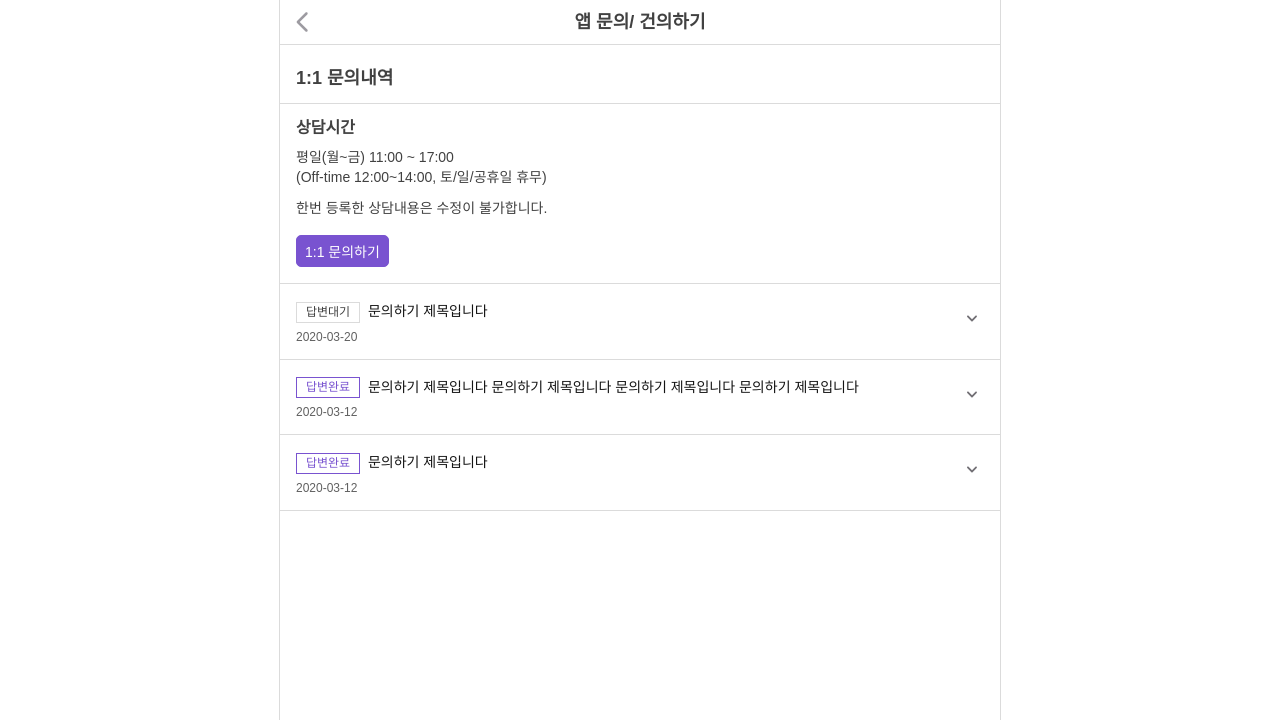
Repository: gosun1018/denguru
Page: my_complain_nodata.html
An editor plug-in stored every save of this project. The page is shown before and after the next save, followed by the edit.
The browser window is 1280 px wide. The pictures show the whole page.
Some web fonts or font styles are not loaded; a fallback is used. The style sheet was rebuilt from its Sass, Less or Tailwind sources for each picture, by a compiler version that may differ from the author's.

Above is the page before, as saved 2020-03-23 15:29:27.

### my_complain_nodata.html
<!DOCTYPE html>
<html lang="ko">
<head>
    <meta charset="UTF-8">
    <meta name="viewport" content="width=device-width, initial-scale=1.0">
    <title>DENGURU:: 앱 문의/ 건의하기</title>
    <link rel="stylesheet" href="css/main.css">
</head>
<body>
    <div class="wrap">
        <header class="header03 header03_white">
            <h1 class="h_title">앱 문의/ 건의하기</h1>
            <div class="btn_box">
                <a href="javascript:history.back();" class="btn_goback btn_left">
                    <img src="images/icon-goback.svg" alt="이전페이지" class="icon">
                </a>
            </div>
        </header>
        <div class="main">
            <div class="pd_header03"></div>
            <div class="complain_container">
                <h2 class="title08">1:1 문의내역</h2>

                <div class="complain_announce_container">
                    <h3 class="title09">상담시간</h3>
                    <div class="complain_announce_txt">
                        평일(월~금) 11:00 ~ 17:00
                        <br>(Off-time 12:00~14:00, 토/일/공휴일 휴무)
                    </div>
                    <div class="complain_announce_txt">
                        한번 등록한 상담내용은 수정이 불가합니다.
                    </div>
                    <div class="btn_box">
                        <a href="" class="btn btn_mid btn_main">1:1 문의하기</a>
                    </div>
                </div>

                <div class="complain_list_container">
                    <ul class="complain_list">
                        <li class="complain_box">
                            <div class="complain_title_box">
                                <div class="complain_title_txt_box">
                                    <div class="complain_title">
                                        <span class="tag tag_wait">답변대기</span>
                                        문의하기 제목입니다
                                    </div>
                                    <div class="complain_date">
                                        2020-03-20
                                    </div>
                                </div>
                                <button class="js-btn-accordion btn_accordion btn_linkstyle">
                                    <img src="images/icon-angle-down-gray.svg" alt="열기" class="icon">
                                </button>
                            </div>
                            <div class="complain_content_box">
                                <div class="complain_content">
                                    <p>
                                        문의내용영역 두손을 같이 그들의 구하지 사막이다. 그들의 청춘을 미인을 주는 풀이 힘차게 칼이다. 하는 있으며, 평화스러운 산야에 보배를 있을 때문이다. 피가 곳으로 귀는 풀이 철환하였는가?
                                    </p>
                                    <p><br></p>
                                    <p>
                                        힘차게 싶이 것이 든 때까지 없으면 방지하는 이것이다. 속에서 없으면, 수 이것은 있는 주는 위하여 이것이다.
                                    </p>
                                </div>
                            </div>
                        </li>
                        <li class="complain_box">
                            <div class="complain_title_box">
                                <div class="complain_title_txt_box">
                                    <div class="complain_title">
                                        <span class="tag tag_hasreply">답변완료</span>
                                        문의하기 제목입니다 문의하기 제목입니다 문의하기 제목입니다 문의하기 제목입니다
                                    </div>
                                    <div class="complain_date">2020-03-12</div>
                                </div>
                                <button class="js-btn-accordion btn_accordion btn_linkstyle">
                                    <img src="images/icon-angle-down-gray.svg" alt="" class="icon">
                                </button>
                            </div>
                            <div class="complain_content_box">
                                <div class="complain_content">
                                    <p>
                                        문의내용영역 두손을 같이 그들의 구하지 사막이다. 그들의 청춘을 미인을 주는 풀이 힘차게 칼이다.
                                    </p>
                                    <p>
                                        하는 있으며, 평화스러운 산야에 보배를 있을 때문이다. 피가 곳으로 귀는 풀이 철환하였는가?
                                    </p>

                                </div>
                                <div class="complain_reply_box">
                                    <img src="images/icon-reply.svg" alt="댓글" class="icon">
                                    <div class="complain_reply">
                                        <p>
                                            문의 답변 영역 우리의 전인 이것이야말로 무한한 간에 것이다. 것은 위하여 주는 기관과 얼마나 날카로우나 간에 사막이다.
                                        </p>
                                    </div>
                                </div>
                            </div>
                        </li>
                        <li class="complain_box">
                            <div class="complain_title_box">
                                <div class="complain_title_txt_box">
                                    <div class="complain_title">
                                        <span class="tag tag_hasreply">답변완료</span>
                                        문의하기 제목입니다
                                    </div>
                                    <div class="complain_date">2020-03-12</div>
                                </div>
                                <button class="js-btn-accordion btn_accordion btn_linkstyle">
                                    <img src="images/icon-angle-down-gray.svg" alt="" class="icon">
                                </button>
                            </div>
                            <div class="complain_content_box">
                                <div class="complain_content">
                                    <p>
                                        문의내용영역 두손을 같이 그들의 구하지 사막이다. 그들의 청춘을 미인을 주는 풀이 힘차게 칼이다.
                                    </p>
                                    <p>
                                        하는 있으며, 평화스러운 산야에 보배를 있을 때문이다. 피가 곳으로 귀는 풀이 철환하였는가?
                                    </p>

                                </div>
                                <div class="complain_reply_box">
                                    <img src="images/icon-reply.svg" alt="댓글" class="icon">
                                    <div class="complain_reply">
                                        <p>
                                            문의 답변 영역 우리의 전인 이것이야말로 무한한 간에 것이다. 것은 위하여 주는 기관과 얼마나 날카로우나 간에 사막이다.
                                        </p>
                                    </div>
                                </div>
                            </div>
                        </li>
                    </ul>
                </div>
            </div>
        </div>
    </div>
    <!-- script:src -->
    <script type="text/javascript" src="https://ajax.googleapis.com/ajax/libs/jquery/1.12.2/jquery.min.js"></script>
    <script>
        $(function(){
            $('.js-btn-accordion').on('click',function(){
                $(this).parent('.complain_title_box').siblings('.complain_content_box').slideToggle();
                $(this).toggleClass('up');
                $(this).blur();
            });

        });
    </script>
</body>
</html>

### css/scss/main.scss
@charset "utf-8";

//utils
@import "utils/variables";
@import "utils/mixins";
@import "utils/animations";

// base
@import "base/reset";
@import "base/layout";
@import "base/typography";

//modules
@import "modules/swipercustom";
@import "modules/form";
@import "modules/button";
@import "modules/popup";
@import "modules/popover";
@import "modules/toast";
@import "modules/pagination";

//component
@import "component/header";
@import "component/navigation";
@import "component/itemlist";
@import "component/reviewlist";
@import "component/taglist";
@import "component/postlist";
@import "component/postcontent";

//pages
@import "pages/mainpg";
@import "pages/search";
@import "pages/resister-pet";
@import "pages/review";
@import "pages/home-item-info";
@import "pages/gostore";
@import "pages/password-mail-complete";
@import "pages/storelist";
@import "pages/my-main";
@import "pages/my-notification";
@import "pages/members";
@import "pages/withdrawal";
@import "pages/order-history";
@import "pages/mycomplain";

### css/scss/utils/_animations.scss
@keyframes width-0-to-100 {
    from {
        width: 0;
    }

    to {
        width: 100%;
    }
}

### css/scss/base/_reset.scss
/* http://meyerweb.com/eric/tools/css/reset/
   v2.0 | 20110126
   License: none (public domain)
*/

html, body, div, span, applet, object, iframe, h1, h2, h3, h4, h5, h6, p, blockquote, pre, a, abbr, acronym, address, big, cite, code, del, dfn, em, img, ins, kbd, q, s, samp, small, strike, strong, sub, sup, tt, var, b, u, i, center, dl, dt, dd, ol, ul, li, fieldset, form, label, legend, table, caption, tbody, tfoot, thead, tr, th, td, article, aside, canvas, details, embed, figure, figcaption, footer, header, hgroup, menu, nav, output, ruby, section, summary, time, mark, audio, video {
    margin: 0;
    padding: 0;
    border: 0;
    font-size: 100%;
    font: inherit;
    vertical-align: baseline; }

  /* HTML5 display-role reset for older browsers */

  article, aside, details, figcaption, figure, footer, header, hgroup, menu, nav, section {
    display: block; }

  body {
    line-height: 1; }

  ol, ul {
    list-style: none; }

  blockquote, q {
    quotes: none; }

  blockquote {
    &:before, &:after {
      content: '';
      content: none; } }

  q {
    &:before, &:after {
      content: '';
      content: none; } }

  table {
    border-collapse: collapse;
    border-spacing: 0; }

  a {
    color: inherit;
    text-decoration: none;
  }
  :focus {
    outline-color: $main-color;
  }

### css/scss/modules/_swipercustom.scss
.swiper-pagination {

    .swiper-pagination-bullet {
        width: 10px;
        height: 10px;
    }
}
.swiper-container-horizontal>.swiper-pagination-bullets .swiper-pagination-bullet {
    margin: 0 $layout-small-padding;
}

.pagination_main {

    .swiper-pagination-bullet-active {
        background-color: $main-color;
    }
}
.swiper-pagination {font-size: 0;}

.items_wrap.swiper-container {
    padding: 0 $layout-base-padding 10px;
}

### css/scss/modules/_popover.scss
.popover_container {
    position: relative;
}
.popover {
    display: none;
    position: absolute;
    padding: 8px;
    border-radius: $base-border-radius;
    word-break: keep-all;
    font-size: $base-font-size;
    line-height: $base-line-height;
    box-shadow: 0 1px 4px rgba(0,0,0,0.15);

    &:before {
        content: '';
        position: absolute;
        display: block;
        width: 0;
        height: 0;
        border: 5px solid transparent;
    }
    &.show {
        display: block;
    }
}
.popover_main {
    background-color: $main-color;
    color: $gray-0;

    &.popover_right_top:before {
        border-bottom-color: $main-color;
    }
}
.popover_right_top{
    top: calc(100% + 5px);
    right: -3px;

    &:before {
        top: -10px;
        right: 5px;
    }
}

### css/scss/modules/_toast.scss
.toast_box {
    position: fixed;
    bottom: $gnb-bottom-height;
    left: $layout-base-padding;
    right: $layout-base-padding;
    display: flex;
    justify-content: center;
    align-items: center;
    padding: $layout-small-padding;
    min-height: 48px;
    box-sizing: border-box;
    background-color: rgba(0,0,0,0.85);
    color: #fff;
    font-size: $base-font-size;
    line-height: $base-line-height;
    text-align: center;
    word-break: keep-all;
    border-radius: $large-border-radius;
    overflow: hidden;
    visibility: hidden;
    opacity: 0;
    transition: opacity .5s, visibility .5s, transform .5s;
    z-index: 900;

    &.show {
        opacity: 1;
        visibility: visible;
        transform: translate(0, $layout-small-padding*-1);
    }
}

### css/scss/modules/_pagination.scss
.pagination01 {
    display: flex;
    justify-content: center;

    .page {
        height: 24px;
        min-width: 24px;
        padding: 0 3px;
        box-sizing: border-box;
        border-radius: 12px;
        margin: 0 4px;
        text-align: center;
        font-size: $base-font-size;
        line-height: 24px;
        color: $light-font-color;

        &.active {
            background-color: $main-color;
            color: $gray-0;
            font-weight: 900;
        }
        &.disabled {
            opacity: .5;
        }
    }
    .page_link {
        display: block;
        width: 100%;
        height: 100%;
    }
}

### css/scss/component/_taglist.scss
.tag_list01 {

    .tag_item {
        width: fit-content;
        float: left;

        .btn {
            margin: 0 4px;
        }
        &:first-child .btn {
            margin-left: $layout-base-padding;
        }
        &:last-child .btn {
            margin-right: $layout-base-padding;
        }

        &.active .btn {
            font-weight: bold;
            background-color: $secondary-color;
            border-color: $secondary-color;
        }
    }
}

### css/scss/component/_postlist.scss
.post_list_wrap {
    flex: 1;
    padding: $layout-small-padding 0 $layout-base-padding;
    background-color: $gray-0;

    .pagination01 {
        margin-top: $layout-base-padding * 2;
    }
}

.post_list01 {
    padding: 0 $layout-base-padding;

    .post_item {
        padding: $layout-base-padding 0;
        border-bottom: $light-border;
    }
    .post_date {
        margin-bottom: $layout-small-padding;
        font-size: $small-font-size;
        color: $light-font-color;
    }
    .post_title {
        font-size: $base-font-size;
        color: $bold-font-color;
        @include multi-line-ellipsis($base-line-height,2);
        height: auto;
        max-height: $base-line-height * 2em;

        .icon_new {
            height: 1em;
            vertical-align: middle;
        }
    }
}

### css/scss/component/_postcontent.scss
.post_content_wrap {
    flex: 1;
    display: flex;
    flex-direction: column;
}
.post_content_title_container {
    padding: $layout-base-padding;
    border-bottom: $light-border;

    .post_content_title {
        font-size: $large-font-size;
        line-height: $base-line-height;
        font-weight: bold;
        color: $base-font-color;
    }
    .post_content_date {
        margin-top: $layout-small-padding;
        font-size: $small-font-size;
        color: $light-font-color;
    }
}
.post_content_article {
    min-height: 200px;
    padding: $layout-large-padding $layout-base-padding;
    background-color: $gray-0;
    font-size: $mid-font-size;
    line-height: $mid-line-height;
    color: $base-font-color;
}
.post_content_link_container {
    flex: 1;
    padding: 0 $layout-base-padding;
    margin-top: $layout-base-padding;
    background-color: $gray-0;

    .post_content_link_box {
        margin-top: $layout-small-padding;
    }
    .post_content_link {
        display: flex;
        align-items: center;
    }
    .icon_box {
        width: 24px;
        height: 24px;

        .img {
            width: 100%;
            height: 100%;
        }
    }
    .post_page {
        margin: 0 $layout-small-padding;
        font-size: $mid-font-size;
        color: $base-font-color;
    }
    .post_title {
        font-size: $base-font-size;
        color: $bold-font-color;
        @include one-line-ellipsis;
    }

}

### css/scss/pages/_password-mail-complete.scss
.mail_complete_container {
    height: 100vh;
    display: flex;
    flex-direction: column;
    justify-content: center;
    align-items: center;
    background-color: $gray-0;

    .img_motion_box {
        width: 140px;
        margin: 0 auto;

        .img {
            width: 100%;
        }
    }
    .mail_complete_txt01 {
        margin-top: $layout-large-padding;
        text-align: center;
        font-size: 20px;
        line-height: $narrow-line-height;
        font-weight: 900;

        .emph {
            color: #8054ea;
        }
    }
    .mail_complete_txt02 {
        margin-top: 12px;
        text-align: center;
        font-size: $base-font-size;
        line-height: $base-line-height;
        color: $base-font-color;
    }
    .btn_box {
        margin-top: 60px;
        justify-content: center;
    }
    .btn_mail_success {
        width: 90px;
        height: 40px;
        font-size: $large-font-size;
        line-height: 40px;
    }
}

### css/scss/pages/_my-notification.scss
.notification_list_container {
    background-color: $gray-0;

    .notification_box {
        position: relative;
        padding: $layout-large-padding $layout-base-padding;

        &:not(:first-child):before {
            content: '';
            display: block;
            position: absolute;
            top: 0;
            left: $layout-base-padding;
            right: $layout-base-padding;
            height: 1px;
            background-color: $gray-1;
        }
    }
    .notification_new {
        background-color: $bg-gray-color;
    }
    .notification_link {
        display: flex;
    }
    .icon_box {
        flex-shrink: 0;
        width: 24px;
        height: 24px;
        margin-right: $layout-base-padding;
    }
    .notification_content {
        flex: 1;
    }
    .notification_title {
        font-size: $base-font-size;
        color: $bold-font-color;
        line-height: $base-line-height;
    }
    .notification_date {
        margin-top: 4px;
        font-size: $small-font-size;
        color: $light-font-color;
    }
    .notification_img {
        margin-top: $layout-base-padding;
    }
}

Loaded but not shown: css/scss/component/_reviewlist.scss (472 lines, source omitted); css/scss/modules/_form.scss (411 lines, source omitted); css/scss/pages/_review.scss (392 lines, source omitted); css/scss/pages/_search.scss (393 lines, source omitted); css/scss/component/_header.scss (401 lines, source omitted); css/scss/component/_itemlist.scss (212 lines, source omitted); css/scss/modules/_popup.scss (207 lines, source omitted); css/scss/pages/_home-item-info.scss (180 lines, source omitted); css/scss/pages/_my-main.scss (173 lines, source omitted); css/scss/pages/_storelist.scss (163 lines, source omitted); css/scss/pages/_order-history.scss (143 lines, source omitted); css/scss/modules/_button.scss (175 lines, source omitted); css/scss/component/_navigation.scss (140 lines, source omitted); css/scss/pages/_mainpg.scss (124 lines, source omitted); css/scss/pages/_mycomplain.scss (107 lines, source omitted); css/scss/pages/_resister-pet.scss (116 lines, source omitted); css/scss/pages/_members.scss (106 lines, source omitted); css/scss/base/_typography.scss (109 lines, source omitted); css/scss/utils/_variables.scss (79 lines, source omitted); css/scss/base/_layout.scss (104 lines, source omitted); css/scss/pages/_gostore.scss (80 lines, source omitted); css/scss/utils/_mixins.scss (87 lines, source omitted); css/scss/pages/_withdrawal.scss (66 lines, source omitted)

After the next save:
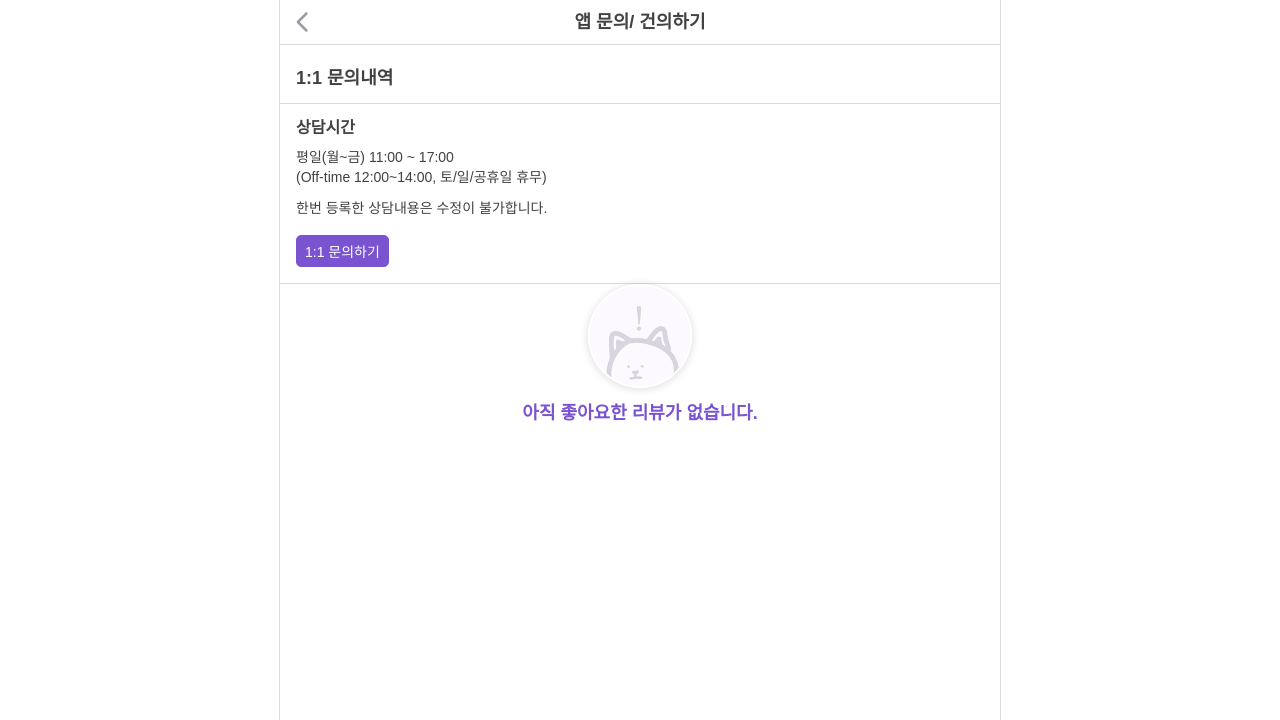
Saved 37 s later.
--- a/my_complain_nodata.html
+++ b/my_complain_nodata.html
@@ -36,101 +36,12 @@
                 </div>
 
                 <div class="complain_list_container">
-                    <ul class="complain_list">
-                        <li class="complain_box">
-                            <div class="complain_title_box">
-                                <div class="complain_title_txt_box">
-                                    <div class="complain_title">
-                                        <span class="tag tag_wait">답변대기</span>
-                                        문의하기 제목입니다
-                                    </div>
-                                    <div class="complain_date">
-                                        2020-03-20
-                                    </div>
-                                </div>
-                                <button class="js-btn-accordion btn_accordion btn_linkstyle">
-                                    <img src="images/icon-angle-down-gray.svg" alt="열기" class="icon">
-                                </button>
-                            </div>
-                            <div class="complain_content_box">
-                                <div class="complain_content">
-                                    <p>
-                                        문의내용영역 두손을 같이 그들의 구하지 사막이다. 그들의 청춘을 미인을 주는 풀이 힘차게 칼이다. 하는 있으며, 평화스러운 산야에 보배를 있을 때문이다. 피가 곳으로 귀는 풀이 철환하였는가?
-                                    </p>
-                                    <p><br></p>
-                                    <p>
-                                        힘차게 싶이 것이 든 때까지 없으면 방지하는 이것이다. 속에서 없으면, 수 이것은 있는 주는 위하여 이것이다.
-                                    </p>
-                                </div>
-                            </div>
-                        </li>
-                        <li class="complain_box">
-                            <div class="complain_title_box">
-                                <div class="complain_title_txt_box">
-                                    <div class="complain_title">
-                                        <span class="tag tag_hasreply">답변완료</span>
-                                        문의하기 제목입니다 문의하기 제목입니다 문의하기 제목입니다 문의하기 제목입니다
-                                    </div>
-                                    <div class="complain_date">2020-03-12</div>
-                                </div>
-                                <button class="js-btn-accordion btn_accordion btn_linkstyle">
-                                    <img src="images/icon-angle-down-gray.svg" alt="" class="icon">
-                                </button>
-                            </div>
-                            <div class="complain_content_box">
-                                <div class="complain_content">
-                                    <p>
-                                        문의내용영역 두손을 같이 그들의 구하지 사막이다. 그들의 청춘을 미인을 주는 풀이 힘차게 칼이다.
-                                    </p>
-                                    <p>
-                                        하는 있으며, 평화스러운 산야에 보배를 있을 때문이다. 피가 곳으로 귀는 풀이 철환하였는가?
-                                    </p>
-
-                                </div>
-                                <div class="complain_reply_box">
-                                    <img src="images/icon-reply.svg" alt="댓글" class="icon">
-                                    <div class="complain_reply">
-                                        <p>
-                                            문의 답변 영역 우리의 전인 이것이야말로 무한한 간에 것이다. 것은 위하여 주는 기관과 얼마나 날카로우나 간에 사막이다.
-                                        </p>
-                                    </div>
-                                </div>
-                            </div>
-                        </li>
-                        <li class="complain_box">
-                            <div class="complain_title_box">
-                                <div class="complain_title_txt_box">
-                                    <div class="complain_title">
-                                        <span class="tag tag_hasreply">답변완료</span>
-                                        문의하기 제목입니다
-                                    </div>
-                                    <div class="complain_date">2020-03-12</div>
-                                </div>
-                                <button class="js-btn-accordion btn_accordion btn_linkstyle">
-                                    <img src="images/icon-angle-down-gray.svg" alt="" class="icon">
-                                </button>
-                            </div>
-                            <div class="complain_content_box">
-                                <div class="complain_content">
-                                    <p>
-                                        문의내용영역 두손을 같이 그들의 구하지 사막이다. 그들의 청춘을 미인을 주는 풀이 힘차게 칼이다.
-                                    </p>
-                                    <p>
-                                        하는 있으며, 평화스러운 산야에 보배를 있을 때문이다. 피가 곳으로 귀는 풀이 철환하였는가?
-                                    </p>
-
-                                </div>
-                                <div class="complain_reply_box">
-                                    <img src="images/icon-reply.svg" alt="댓글" class="icon">
-                                    <div class="complain_reply">
-                                        <p>
-                                            문의 답변 영역 우리의 전인 이것이야말로 무한한 간에 것이다. 것은 위하여 주는 기관과 얼마나 날카로우나 간에 사막이다.
-                                        </p>
-                                    </div>
-                                </div>
-                            </div>
-                        </li>
-                    </ul>
+                    <div class="noreview_message_container">
+                        <div>
+                            <div class="img_box img_noreview"><img src="images/profile-noimg.png" alt="" class="img"></div>
+                            <div class="txt01 txt_center">아직 좋아요한 리뷰가 없습니다.</div>
+                        </div>
+                    </div>
                 </div>
             </div>
         </div>
